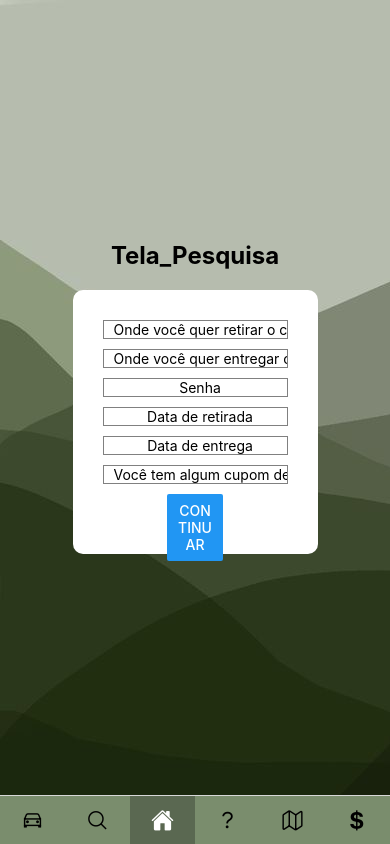
Repository: GabrielAron/EcoWheels
Page: /Home
An editor plug-in stored every save of this project. The page is shown before and after the next save, followed by the edit.
The browser window is 390 px wide. The pictures show the whole page.
The app was drawn by React Native's web renderer in a window 390 px wide. The project was rebuilt for these pictures with package versions that can differ from the ones it lists, and the page was loaded fresh each time. Also part of the build but not shown: src/Paginas/Carros/index.js, src/Paginas/Ajuda/index.js, src/Paginas/Mapa/index.js, src/Paginas/Pagamento/pagamento.js.

Above is the page before, as saved 2023-11-24 14:40:05.

### App.js
import React from 'react';
import Routes from './src/Paginas/routes';
import { ReservaProvider } from './src/Paginas/ReservaContext';


function App() {
  return (
    <ReservaProvider>
      <Routes />
    </ReservaProvider>
  );
}

export default App;

### src/Paginas/routes.js
import React from 'react';
import { createBottomTabNavigator } from '@react-navigation/bottom-tabs';
import { NavigationContainer } from '@react-navigation/native';
import { Ionicons } from '@expo/vector-icons';

import Home from './Home';
import Explorar from './Carros';
import Ajuda from './Ajuda';
import Reservas from './Locacoes';
import Recarga from './Mapa';
import Pagamento from './Pagamento/pagamento';

const Tab = createBottomTabNavigator();

export default function Routes() {
  return (
    <NavigationContainer>
      <Tab.Navigator
        tabBarOptions={{
          showLabel: false, // Oculta as etiquetas de texto das guias
          tabBarStyle: {
            position: 'absolute',
            backgroundColor: '#7A8D6D',
            height:700,
          },
          tabStyle: {
            elevation: 0,
          },
          inactiveBackgroundColor: '#7A8D6D',
          activeBackgroundColor: '#5A6851',
        }}
      >
        <Tab.Screen
          name="Reservas"
          component={Reservas}
          options={{
            headerShown: false,
            tabBarIcon: ({ color, size, focused }) => {
              if (focused) {
                return <Ionicons name="md-car" size={23} color="#FFF" />;
              } else {
                return <Ionicons name="md-car-outline" size={23} color="#000000" />;
              }
            },
          }}
        />
        <Tab.Screen
          name="Explorar"
          component={Explorar}
          options={{
            headerShown: false,
            tabBarIcon: ({ color, size, focused }) => {
              if (focused) {
                return <Ionicons name="md-search" size={23} color="#FFF" />;
              } else {
                return <Ionicons name="md-search-outline" size={23} color="#000000" />;
              }
            },
          }}
        />
        <Tab.Screen
          name="Home"
          component={Home}
          options={{
            headerShown: false,
            tabBarIcon: ({ color, size, focused }) => {
              if (focused) {
                return <Ionicons name="md-home" size={23} color="#FFF" />;
              } else {
                return <Ionicons name="md-home-outline" size={23} color="#000000" />;
              }
            },
          }}
        />
        <Tab.Screen
          name="Ajuda"
          component={Ajuda}
          options={{
            headerShown: false,
            tabBarIcon: ({ color, size, focused }) => {
              if (focused) {
                return <Ionicons name="md-help" size={23} color="#FFF" />;
              } else {
                return <Ionicons name="md-help-outline" size={23} color="#000000" />;
              }
            },
          }}
        />
        <Tab.Screen
          name="Recarga"
          component={Recarga}
          options={{
            headerShown: false,
            tabBarIcon: ({ color, size, focused }) => {
              if (focused) {
                return <Ionicons name="md-map" size={23} color="#FFF" />;
              } else {
                return <Ionicons name="md-map-outline" size={23} color="#000000" />;
              }
            },
          }}
        />
         <Tab.Screen
          name="Pagamento"
          component={Pagamento}
          options={{
            headerShown: false,
            tabBarIcon: ({ color, size, focused }) => {
              if (focused) {
                return <Ionicons name="logo-usd" size={23} color="#FFF" />;

              } else {
                return <Ionicons name="logo-usd" size={23} color="#000000" />;
              }
            },
          }}
        />
      </Tab.Navigator>
    </NavigationContainer>
  );
}

### src/Paginas/ReservaContext.js
import React, { createContext, useState } from 'react';

export const ReservaContext = createContext();

export const ReservaProvider = ({ children }) => {
  const [reservas, setReservas] = useState([]);

  return (
    <ReservaContext.Provider value={{ reservas, setReservas }}>
      {children}
    </ReservaContext.Provider>
  );
};

### src/Paginas/Home/index.js
import React from 'react';
import { View, Text, TextInput, Button, StyleSheet, ImageBackground } from 'react-native';
import Fundo from '/imagens/fundoverde.jpg';

export default function App() {
  return (
    <ImageBackground source={Fundo} style={styles.image}>
      <View style={styles.container}>
        <Text style={styles.title}>Tela_Pesquisa</Text>
        <View style={styles.formContainer}>
          <TextInput style={styles.input} placeholder="Onde você quer retirar o carro" />
          <TextInput style={styles.input} placeholder="Onde você quer entregar o carro" />
          <TextInput style={styles.input} placeholder="Senha" secureTextEntry={true} />
          <TextInput style={styles.input} placeholder="Data de retirada" />
          <TextInput style={styles.input} placeholder="Data de entrega" />
          <TextInput style={styles.input} placeholder="Você tem algum cupom de desconto?" />
          <View style={styles.buttonContainer}>
            <Button title="Continuar" onPress={() => {}} />
          </View>
        </View>
      </View>
    </ImageBackground>
  );
}

const styles = StyleSheet.create({
  container: {
    flex: 1,
    justifyContent: 'center',
    padding: 20,
  },
  image: {
    flex: 1,
    resizeMode: 'cover',
    justifyContent: 'center',
  },
  title: {
    fontSize: 24,
    fontWeight: 'bold',
    textAlign: 'center',
    marginBottom: 20,
  },
  input: {
    height: 40,
    borderColor: 'gray',
    borderWidth: 1,
    marginBottom: 10,
    paddingLeft: 10,
    textAlign: 'center',
  },
  formContainer: {
    backgroundColor: 'white',
    borderRadius: 10,
    padding: 30,
    width: '70%',
    height:'35%',
    alignSelf: 'center',
  },
  buttonContainer: {
    width: '30%',
    alignSelf: 'center',
  },
});

### src/Paginas/Locacoes/index.js
import React, { useState, useContext } from 'react';
import { View, Text, ImageBackground, Button, StyleSheet, ScrollView, Modal, Alert } from 'react-native';
import Fundo from '/imagens/fundoverde.jpg';
import { ReservaContext } from '../ReservaContext'; // Atualize o caminho conforme necessário

const Card = ({ id, title, image }) => {
  const [modalVisible, setModalVisible] = useState(false);
  const { reservas, setReservas } = useContext(ReservaContext);
  const [carros, setCarros] = useState([

      { id: 1, title: "QUALIDADE PARA UM CONFORTO E ÓTIMO PASSEIO - Exquisite Cruiser 1.8", image: "https://cdn.leonardo.ai/users/cf8d0bec-5da3-4e6a-aed2-13735b2a6925/generations/a40b4ef5-35ec-4e32-a5ff-cc2ef5e85345/PhotoReal_make_a_background_image_for_a_cell_phone_application_2.jpg?w=512" },
      { id: 2, title: "DESIGN E CONFORTO EM UM - Rider GT 3.0", image: "https://cdn.leonardo.ai/users/cf8d0bec-5da3-4e6a-aed2-13735b2a6925/generations/a40b4ef5-35ec-4e32-a5ff-cc2ef5e85345/PhotoReal_make_a_background_image_for_a_cell_phone_application_3.jpg?w=512" },
      { id: 3, title: "FORÇA PARA DESAFIOS OFF-Road - Viper GT 3.0 ", image: "https://cdn.leonardo.ai/users/cf8d0bec-5da3-4e6a-aed2-13735b2a6925/generations/a0fe3adc-2c2f-4336-bc49-e57599170dd1/PhotoReal_faa_um_hummer_eltrico_novo_andando_por_uma_cidade_3.jpg?w=512" },
      { id: 4, title: "UM CARRO ANTIGO E ESTILOSO PARA OS AMANTES DE CLÁSSICOS - Bentley 1.8", image: "https://cdn.leonardo.ai/users/cf8d0bec-5da3-4e6a-aed2-13735b2a6925/generations/c6457b66-6149-4c4d-8408-99c27071dc1e/PhotoReal_faa_um_carro_eletrico_executivo_andando_por_uma_cida_0.jpg?w=512" },
      { id: 5, title: "UM CARRO VERSÁTIL QUE ATENDE A TODAS AS NECESSIDADES FLEXUS X 1.0", image: "https://cdn.leonardo.ai/users/cf8d0bec-5da3-4e6a-aed2-13735b2a6925/generations/f62f0f84-2ea5-4c9d-a4e3-33ade848f3b2/PhotoReal_make_a_background_image_for_a_cell_phone_application_3.jpg?w=512" },
      { id: 6, title: "UMA OPÇÃO PERFEITA PARA QUEM BUSCA PRATICIDADE E CONFORTO - LUXURY DRIVE 1.6", image: "https://cdn.leonardo.ai/users/cf8d0bec-5da3-4e6a-aed2-13735b2a6925/generations/589507b8-d87b-4a85-b05e-c325ccebd6b6/PhotoReal_make_a_background_image_for_a_cell_phone_application_1.jpg?w=512" },
      { id: 7, title: "UM CARRO ESPORTIVO COM DESEMPENHO DE ALTA POTÊNCIA Vortex GT 5.0", image: "https://fotos-jornaldocarro-estadao.nyc3.cdn.digitaloceanspaces.com/wp-content/uploads/2023/01/13072602/Carro_esportivo.jpg" },
    ]);


  return (
    <View style={styles.card}>
      <ImageBackground source={{ uri: image }} style={styles.image}>
        <View style={styles.content}>
          <Text style={styles.title}>{title}</Text>
          <Button title="Reservar" onPress={() => setModalVisible(true)} />
        </View>
      </ImageBackground>

      <Modal
        animationType="slide"
        transparent={true}
        visible={modalVisible}
        onRequestClose={() => {
          Alert.alert("Modal has been closed.");
          setModalVisible(!modalVisible);
        }}
      >
        <View style={styles.centeredView}>
          <View style={styles.modalView}>
            <Text style={styles.modalText}>Deseja mesmo reservar o carro?</Text>

            <Button
              style={[styles.button, styles.buttonClose]}
              onPress={() => {
                setReservas([...reservas, { id, title, image }]);
                setCarros(carros.filter(carro => carro.id !== id));
                setModalVisible(!modalVisible);
              }}
              title="Sim"
            />
            <Button
              style={[styles.button, styles.buttonCancel]}
              onPress={() => setModalVisible(!modalVisible)}
              title="Não"
            />
          </View>
        </View>
      </Modal>
    </View>
  );
};

export default function Reservas() {
  return (
    <View style={styles.container}>
      <ImageBackground source={Fundo} style={styles.image}>
        <Text style={styles.text}>Carros</Text>
        <View style={styles.cardContainer}>
          <ScrollView showsVerticalScrollIndicator={false}>
            <Card id={1} title="QUALIDADE PARA UM CONFORTO E ÓTIMO PASSEIO - Exquisite Cruiser 1.8" image="https://cdn.leonardo.ai/users/cf8d0bec-5da3-4e6a-aed2-13735b2a6925/generations/a40b4ef5-35ec-4e32-a5ff-cc2ef5e85345/PhotoReal_make_a_background_image_for_a_cell_phone_application_2.jpg?w=512" />
            <Card id={2} title="DESIGN E CONFORTO EM UM - Rider GT 3.0" image="https://cdn.leonardo.ai/users/cf8d0bec-5da3-4e6a-aed2-13735b2a6925/generations/a40b4ef5-35ec-4e32-a5ff-cc2ef5e85345/PhotoReal_make_a_background_image_for_a_cell_phone_application_3.jpg?w=512" />
            <Card id={3} title="FORÇA PARA DESAFIOS OFF-Road - Viper GT 3.0 " image="https://cdn.leonardo.ai/users/cf8d0bec-5da3-4e6a-aed2-13735b2a6925/generations/a0fe3adc-2c2f-4336-bc49-e57599170dd1/PhotoReal_faa_um_hummer_eltrico_novo_andando_por_uma_cidade_3.jpg?w=512" />
            <Card id={4} title="UM CARRO ANTIGO E ESTILOSO PARA OS AMANTES DE CLÁSSICOS - Bentley 1.8" image="https://cdn.leonardo.ai/users/cf8d0bec-5da3-4e6a-aed2-13735b2a6925/generations/c6457b66-6149-4c4d-8408-99c27071dc1e/PhotoReal_faa_um_carro_eletrico_executivo_andando_por_uma_cida_0.jpg?w=512" />
            <Card id={5} title="UM CARRO VERSÁTIL QUE ATENDE A TODAS AS NECESSIDADES FLEXUS X 1.0" image="https://cdn.leonardo.ai/users/cf8d0bec-5da3-4e6a-aed2-13735b2a6925/generations/f62f0f84-2ea5-4c9d-a4e3-33ade848f3b2/PhotoReal_make_a_background_image_for_a_cell_phone_application_3.jpg?w=512" />
            <Card id={6} title="UMA OPÇÃO PERFEITA PARA QUEM BUSCA PRATICIDADE E CONFORTO - LUXURY DRIVE 1.6" image="https://cdn.leonardo.ai/users/cf8d0bec-5da3-4e6a-aed2-13735b2a6925/generations/589507b8-d87b-4a85-b05e-c325ccebd6b6/PhotoReal_make_a_background_image_for_a_cell_phone_application_1.jpg?w=512" />
            <Card id={7} title="UM CARRO ESPORTIVO COM DESEMPENHO DE ALTA POTÊNCIA Vortex GT 5.0" image="https://fotos-jornaldocarro-estadao.nyc3.cdn.digitaloceanspaces.com/wp-content/uploads/2023/01/13072602/Carro_esportivo.jpg" />
          </ScrollView>
        </View>
      </ImageBackground>
    </View>
  );
}


const styles = StyleSheet.create({
  container: {
    flex: 1,
  },
  image: {
    flex: 1,
    resizeMode: 'cover',
    justifyContent: 'center',
  },
  text: {
    color: '#fffbff',
    fontSize: 36,
    position: 'absolute',
    top: 50,
    left: 0,
    right: 0,
    fontWeight: 'bold',
    textAlign: 'center',
  },
  cardContainer: {
    flex: 1,
    alignItems: 'center',
    justifyContent: 'center',
    paddingTop: 200,
    paddingLeft: 75,
  },
  card: {
    width: '90%',
    height: 200,
    marginBottom: 45,
    borderRadius: 10,
    overflow: 'hidden',
  },
  image: {
    flex: 1,
    resizeMode: 'cover',
    justifyContent: 'center',
  },
  content: {
    padding: 10,
    alignItems: 'center',
    justifyContent: 'center',
  },
  title: {
    fontSize: 16,
    fontWeight: 'bold',
    color: '#fffbff',
  },
  overlay: {
    ...StyleSheet.absoluteFillObject,
    backgroundColor: 'rgba(128, 128, 128, 0.5)',
  },
  centeredView: {
    flex: 1,
    justifyContent: "center",
    alignItems: "center",
    marginTop: 22
  },
  modalView: {
    margin: 20,
    backgroundColor: "white",
    borderRadius: 20,
    padding: 35,
    alignItems: "center",
    shadowColor: "#000",
    shadowOffset: {
      width: 0,
      height: 2
    },
    shadowOpacity: 0.25,
    shadowRadius: 4,
    elevation: 5
  },
  button: {
    borderRadius: 20,
    padding: 10,
    elevation: 2
  },
  buttonClose: {
    backgroundColor: "#2196F3",
  },
  buttonCancel: {
    backgroundColor: "#f00",
  },
  modalText: {
    marginBottom: 15,
    textAlign: "center"
  }
});

After the next save:
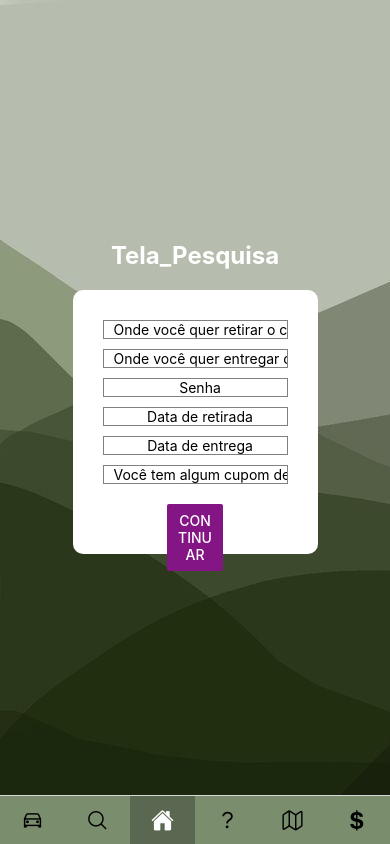
Saved 95 s later.
--- a/src/Paginas/Home/index.js
+++ b/src/Paginas/Home/index.js
@@ -15,7 +15,7 @@ export default function App() {
           <TextInput style={styles.input} placeholder="Data de entrega" />
           <TextInput style={styles.input} placeholder="Você tem algum cupom de desconto?" />
           <View style={styles.buttonContainer}>
-            <Button title="Continuar" onPress={() => {}} />
+            <Button title="Continuar" onPress={() => {}} color="#841584" />
           </View>
         </View>
       </View>
@@ -39,6 +39,7 @@ const styles = StyleSheet.create({
     fontWeight: 'bold',
     textAlign: 'center',
     marginBottom: 20,
+    color: '#fff',
   },
   input: {
     height: 40,
@@ -59,5 +60,6 @@ const styles = StyleSheet.create({
   buttonContainer: {
     width: '30%',
     alignSelf: 'center',
+    marginTop: 10,
   },
 });
